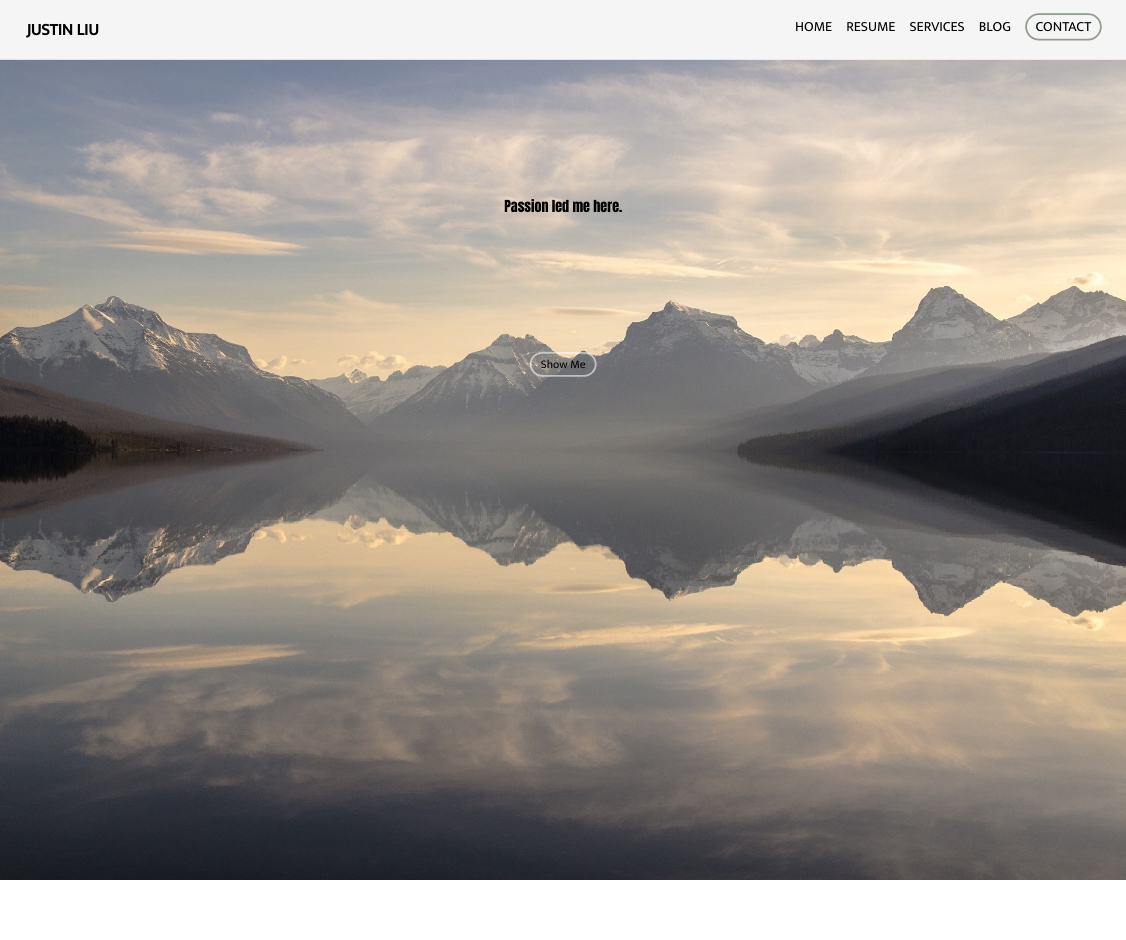
Repository: justinliu88/personal-projects
Page: index.html
An editor plug-in stored every save of this project. The page is shown before and after the next save, followed by the edit.
The browser window is 1280 px wide. The pictures show the whole page, at 88% of full size.
Some web libraries are served in a nearby version. The style sheet was rebuilt from its Sass, Less or Tailwind sources for each picture, by a compiler version that may differ from the author's.

Above is the page before, as saved 2020-03-17 11:48:17.

### index.html
<!DOCTYPE html>
<html lang="en">

<head>
    <meta charset="UTF-8">
    <meta name="viewport" content="width=device-width, initial-scale=1.0">
    <title>Personal Website</title>
    <link rel="stylesheet" href="main.css" type="text/css">
    <link rel="stylesheet" href="https://fonts.googleapis.com/css?family=Mukta&display=swap">
    <link rel="stylesheet" href="https://fonts.googleapis.com/css?family=Anton&display=swap">
    <script src="http://ajax.googleapis.com/ajax/libs/jquery/1.7.1/jquery.min.js" type="text/javascript"></script>
    <script src="./main.js"></script>
</head>

<body>
    <nav class="container-navbar">
        <h3 class="container-navbar__name">JUSTIN LIU</h3>
        <ul class="container-navbar__options">
            <li class="container-navbar__options__buttons">
                <a class="container-navbar__options__link" href="#">HOME</a>
            </li>
            <li class="container-navbar__options__buttons">
                <a class="container-navbar__options__link" href="#">RESUME</a>
            </li>
            <li class="container-navbar__options__buttons">
                <a class="container-navbar__options__link" href="#">SERVICES</a>
            </li>
            <li class="container-navbar__options__buttons">
                <a class="container-navbar__options__link" href="#">BLOG</a>
            </li>
            <li class="container-navbar__options__buttons">
                <a id="contactLink" class="container-navbar__options__link" href="#">CONTACT</a>
            </li>
        </ul>
    </nav>

    <div class="container-slogan">
        <p class="container-slogan__content">
            Passion led me here.
        </p>
        <div class="container-slogan__button">
            <button type="button">Show Me</button>
        </div>
    </div>



</body>

</html>

### main.scss
body {
    margin: 0px;
    background-image: url("./img/website-background.jpg");
    height: 1000px;
    background-position: center;
    background-repeat: no-repeat;
    background-size: cover;
}

.container-navbar {
    width: auto;
    display: flex;
    flex-direction: row;
    justify-content: space-between;
    background-color: whitesmoke;
    &__name {
        font-family: Mukta;
        font-size: bold;
        text-align: center;
        align-items: center;
        padding-left: 30px;
    }
    &__options {
        height: 60px;
        display: flex;
        flex-direction: row;
        list-style: none;
        justify-content: flex-end;
        align-items: center;
        margin: 0px;
        padding-right: 20px;
        &__buttons {
            align-items: center;
            text-align: center;
            padding: 8px;
        }
        &__link {
            font-family: Mukta;
            font-size: bold;
            text-decoration: none;
            transition: all 0.1s ease 0s;
            color: black;
            &:hover {
                color: #919c8c;
                border-bottom: 3px solid #919c8c;
            }
        }
        #contactLink {
            border: 2px solid #919c8c;
            border-radius: 20px;
            padding-left: 10px;
            padding-right: 10px;
        }
    }
}

.container-slogan {
    display: flex;
    flex-direction: column;
    justify-content: top;
    align-items: center;
    height: 100%;
    width: 100%;
    &__content {
        font-family: Anton;
        font-size: bold;
        height: 300px;
        width: 300px;
        display: flex;
        justify-content: center;
        align-items: center;
    }
    &__button button {
        font-family: Mukta;
        background-color: Transparent;
        background-repeat: no-repeat;
        border: 2px solid rgba(255, 255, 255, 0.548);
        border-radius: 20px;
        padding-left: 10px;
        padding-right: 10px;
        cursor: pointer;
        overflow: hidden;
        outline: white;
    }
}

Loaded but not shown: main.js (no stored copy; drawn as an empty file)

After the next save:
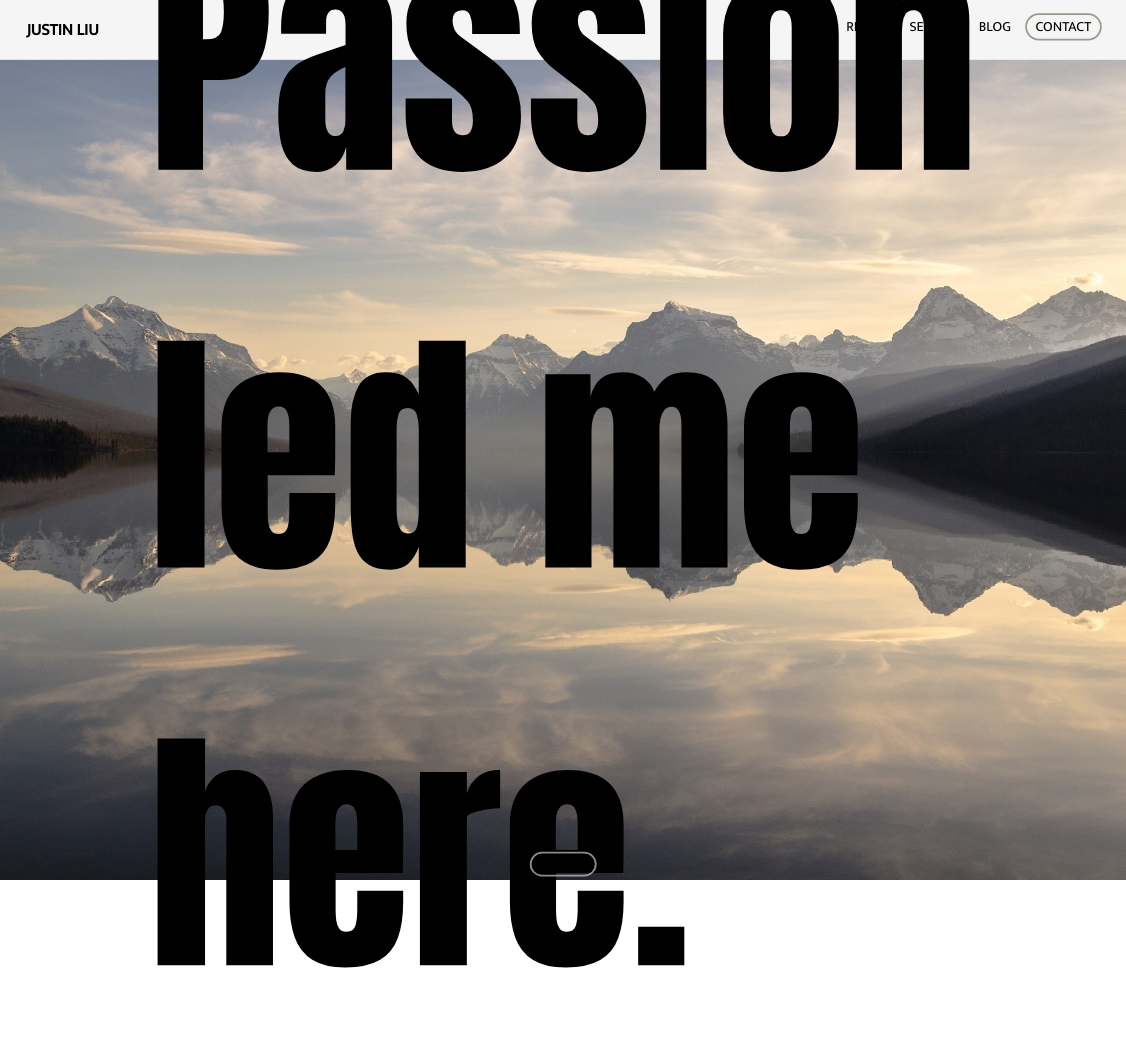
Saved 10 s later.
--- a/main.scss
+++ b/main.scss
@@ -63,7 +63,7 @@
     width: 100%;
     &__content {
         font-family: Anton;
-        font-size: bold;
+        font-size: 300px;
         height: 300px;
         width: 300px;
         display: flex;

After the 3 saves that followed:
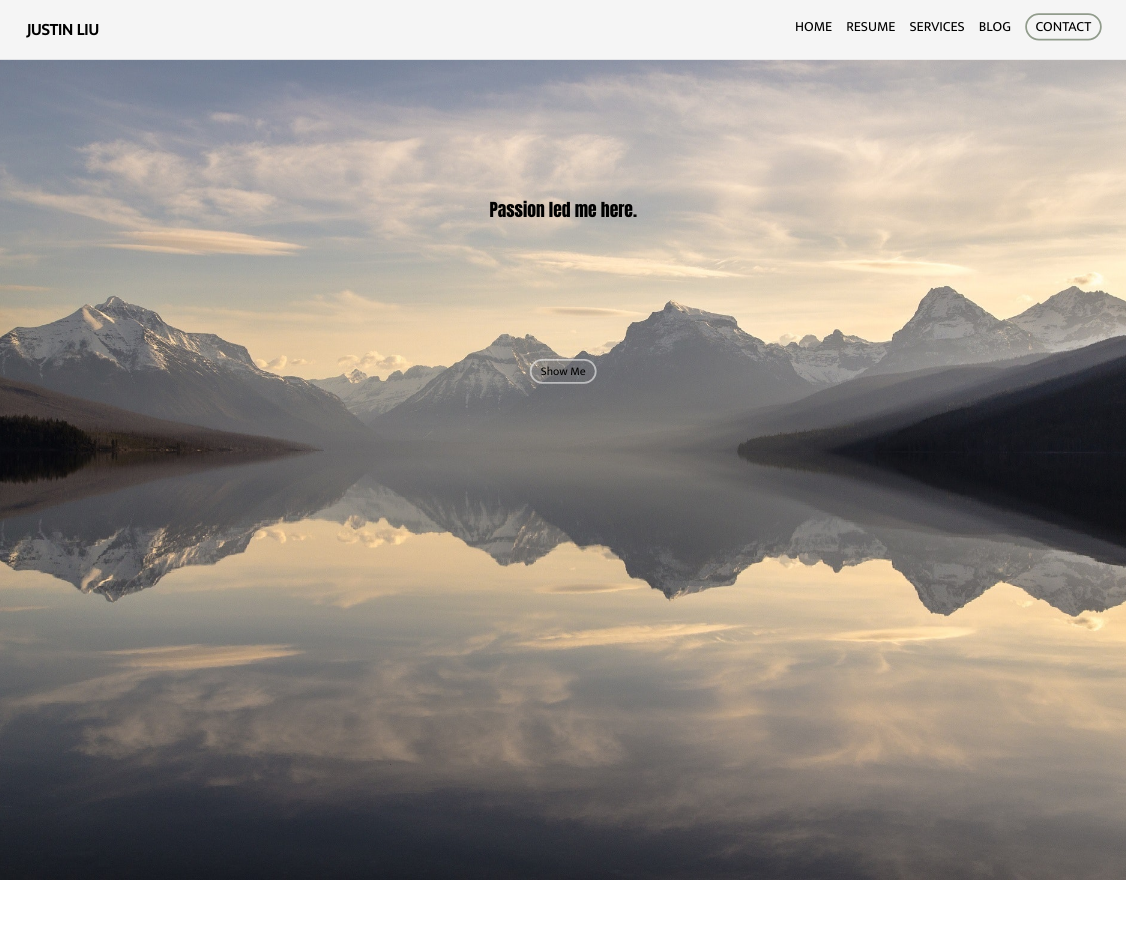
The 3 saves are shown as one change because they came seconds apart.
The last was saved 9 s later.
--- a/main.scss
+++ b/main.scss
@@ -63,7 +63,7 @@
     width: 100%;
     &__content {
         font-family: Anton;
-        font-size: 300px;
+        font-size: 20px;
         height: 300px;
         width: 300px;
         display: flex;
